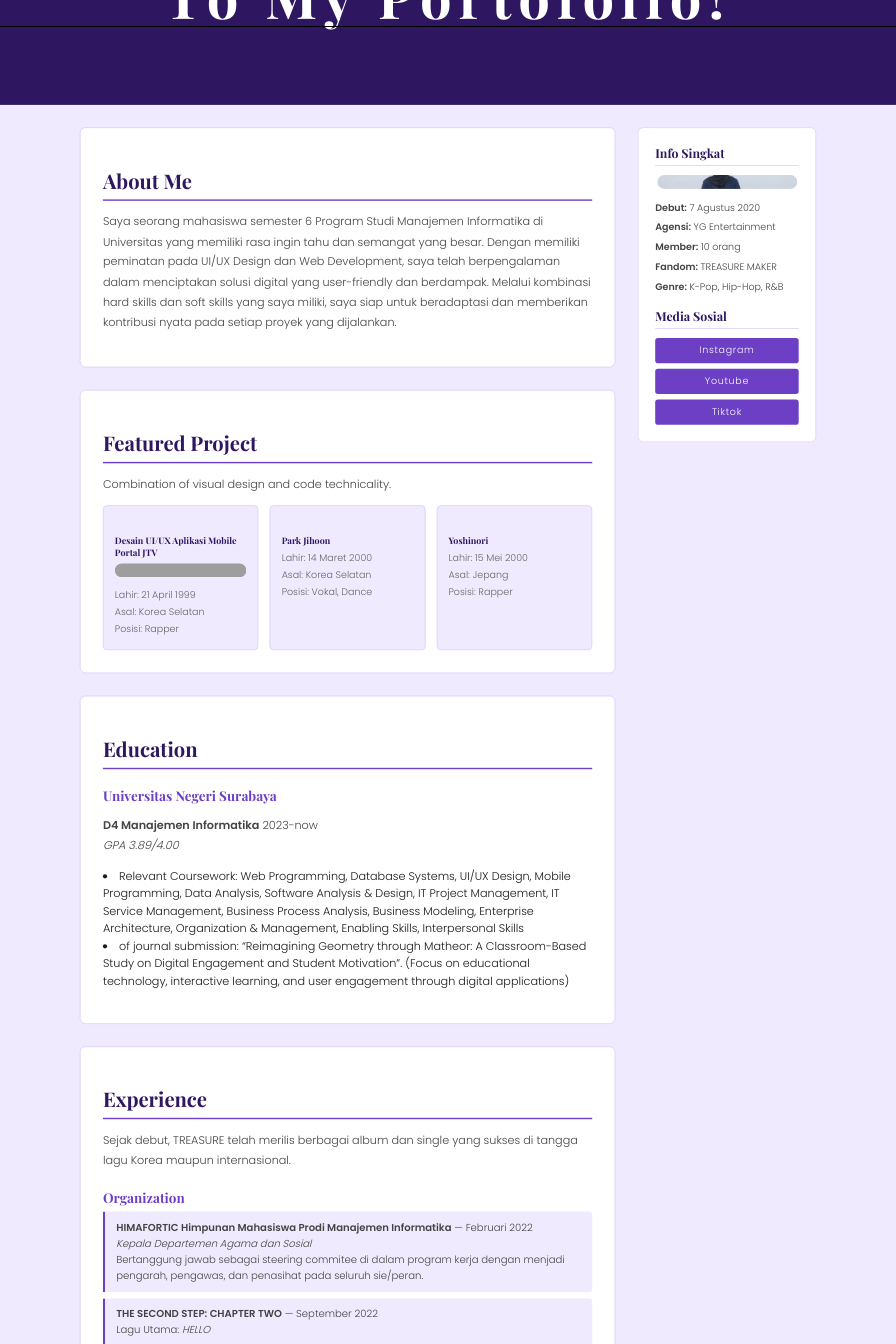
Repository: VergiMutiaRahmasyani/Website-Portofolio
Page: index.html
An editor plug-in stored every save of this project. The page is shown before and after a run of saves, followed by the edit.
The browser window is 1280 px wide. The pictures show the part of the page from y = 327 to 2247 px (the page is 2645 px tall before and 2825 px after), at 70% of full size.
Pictures or frames that could not be fetched are drawn as grey boxes.

Above is the page before, as saved 2026-03-07 13:25:06.

### index.html
<!DOCTYPE html>
<html>
    <head>
        <meta charset="utf-8" />
        <meta name="viewport" content="width=device-width, initial-scale=1.0" />
        <title>Portofolio Vergi</title>

        <!-- My Own CSS -->
        <link rel="stylesheet" href="css/style.css" />

        <!-- Google Fonts -->
        <link rel="preconnect" href="https://fonts.googleapis.com">
        <link rel="preconnect" href="https://fonts.gstatic.com" crossorigin>
        <link href="https://fonts.googleapis.com/css2?family=Playfair+Display:wght@400;700&family=Poppins:wght@300;400;600&display=swap" rel="stylesheet">
    </head>

    <body>

        <!-- HEADER -->
        <header class="site-header">

            <!-- NAVBAR -->
            <div class="navbar">
                <nav class="nav-list">
                    <ul>
                        <li><a href="#About">About Me</a></li>
                        <li><a href="#Work">Work</a></li>
                        <li><a href="Project">Project</a></li>
                        <li><a href="#Education">Education</a></li>
                        <li><a href="Organization">Organization</a></li>
                        <li><a href="https://drive.google.com/file/d/13-ep7ykiG-k7d2KfzBZSPx55XoqW1qHe/view?usp=sharing" target="_blank"> Resume</a></li>
                    </ul>
                </nav>
            </div>

            <div class="hero">
                <div class="hero-overlay">
                    <h1>Welcome, <br> To My Portofolio!</h1>
                </div>
            </div>

        </header>

        <!-- MAIN -->
        <main>
            <div class="content-wrapper">
                <div id="content">
                    <article id="About">
                        <h2>About Me</h2>
                        <p>
                            Saya seorang mahasiswa semester 6 Program Studi Manajemen Informatika di Universitas yang memiliki rasa
                            ingin tahu dan semangat yang besar. Dengan memiliki peminatan pada UI/UX Design dan Web Development,
                            saya telah berpengalaman dalam menciptakan solusi digital yang user-friendly dan berdampak. Melalui
                            kombinasi hard skills dan soft skills yang saya miliki, saya siap untuk beradaptasi dan memberikan kontribusi
                            nyata pada setiap proyek yang dijalankan.
                        </p>
                    </article>

                    <article id="Project">
                        <h2>Featured Project</h2>
                        <p>
                            Combination of visual design and code technicality.
                        </p>

                        <div class="project-list">
                            <div class="project-card">
                                <h3>Desain UI/UX Aplikasi Mobile Portal JTV</h3>
                                <img src="https://assets.promediateknologi.id/crop/102x655:921x1098/750x0/webp/photo/2023/07/03/F0HwG4daEAE8TSh-2407782942.jpg" alt="Logo TREASURE" class="aside-img" />
                                <p>Lahir: 21 April 1999</p>
                                <p>Asal: Korea Selatan</p>
                                <p>Posisi: Rapper</p>
                            </div>
                            <div class="project-card">
                                <h3>Park Jihoon</h3>
                                <p>Lahir: 14 Maret 2000</p>
                                <p>Asal: Korea Selatan</p>
                                <p>Posisi: Vokal, Dance</p>
                            </div>
                            <div class="project-card">
                                <h3>Yoshinori</h3>
                                <p>Lahir: 15 Mei 2000</p>
                                <p>Asal: Jepang</p>
                                <p>Posisi: Rapper</p>
                            </div>
                        </div>
                    </article>

                    <article >
                        <h2>Education</h2>
                        <h3>Universitas Negeri Surabaya</h3>
                        <p>
                            <strong>D4 Manajemen Informatika</strong>  2023-now
                            <br><em>GPA 3.89/4.00</em>
                            <br>
                        </p>
                        <p>
                            <li> Relevant Coursework: Web Programming, Database Systems, UI/UX Design, Mobile Programming, Data
                                Analysis, Software Analysis & Design, IT Project Management, IT Service Management, Business Process
                                Analysis, Business Modeling, Enterprise Architecture, Organization & Management, Enabling Skills,
                                Interpersonal Skills</li>
                            <li> of journal submission: “Reimagining Geometry through Matheor: A Classroom-Based Study on Digital
                                Engagement and Student Motivation”. (Focus on educational technology, interactive learning, and user
                                engagement through digital applications)</li>
                        </p>
                    </article>

                    <article id="pengalaman">
                        <h2>Experience</h2>
                        <p>
                            Sejak debut, TREASURE telah merilis berbagai album dan single yang sukses di tangga lagu Korea maupun internasional.
                        </p>

                        <h3> Organization </h3>
                        <ul class="pengalaman-list">
                            <li>
                                <strong>HIMAFORTIC Himpunan Mahasiswa Prodi Manajemen Informatika</strong> — Februari 2022
                                <br><em>Kepala Departemen Agama dan Sosial</em>
                                <br>Bertanggung jawab sebagai steering commitee di dalam program kerja dengan menjadi pengarah,
                                pengawas, dan penasihat  pada seluruh sie/peran.
                            </li>
                            <li>
                                <strong>THE SECOND STEP: CHAPTER TWO</strong> — September 2022
                                <br>Lagu Utama: <em>HELLO</em>
                            </li>


                        <h3>Volunteer</h3>
                        <ul class="pengalaman-list">
                            <li>
                                <strong>The First Step: Treasure Effect</strong> — Desember 2020
                                <br>Lagu Utama: <em>MY TREASURE</em>
                            </li>
                    </article>

                </div>

                <!-- ASIDE -->
                <aside>
                    <div class="aside-inner">
                        <h3>Info Singkat</h3>
                        <img src="img/vergi photo.jpeg" alt="Foto Vergi" class="aside-img" />
                        <ul class="aside-info">
                            <li><strong>Debut:</strong> 7 Agustus 2020</li>
                            <li><strong>Agensi:</strong> YG Entertainment</li>
                            <li><strong>Member:</strong> 10 orang</li>
                            <li><strong>Fandom:</strong> TREASURE MAKER</li>
                            <li><strong>Genre:</strong> K-Pop, Hip-Hop, R&B</li>
                        </ul>

                        <h3>Media Sosial</h3>
                        <ul class="aside-social">
                            <li><a href="https://www.instagram.com/yg_treasure_official/" target="_blank">Instagram</a></li>
                            <li><a href="https://www.youtube.com/@TREASURE" target="_blank">Youtube</a></li>
                            <li><a href="https://tiktok.com/@yg_treasure_tiktok" target="_blank">Tiktok</a></li>
                        </ul>
                    </div>
                </aside>
            </div>

        </main>

        <!-- FOOTER -->
        <footer>
            <p>Website Profil TREASURE &copy;2026 </p>
        </footer>

    </body>
</html>

### css/style.css
*,
*::before,
*::after {
    box-sizing: border-box;
}

/* =====================
   PALET WARNA UNGU
   --ungu-gelap   : #2e1760  (navbar, footer)
   --ungu-utama   : #6c3fc5  (aksen utama)
   --ungu-sedang  : #9b6ee0  (hover, border)
   --ungu-muda    : #d8c8f5  (border ringan)
   --ungu-pucat   : #f0eaff  (background halaman)
   ===================== */

body {
    font-family: 'Poppins', sans-serif;
    font-weight: 300;
    background-color: #f0eaff;
    color: #1a1a1a;
    margin: 0;
}


/* =====================
   HEADER
   ===================== */

header.site-header {
    background-color: #2e1760;
    color: white;
}

/* NAVBAR */
header.site-header .navbar {
    padding: 1rem 2rem;
    position: fixed;
    top: 0;
    left: 0;
    right: 0;
    width: 100%;
    z-index: 999;
    background-color: #2e1760;
}

header.site-header .nav-list ul {
    list-style: none;
    padding: 0;
    margin: 0;

    display: flex;
    justify-content: center;
    gap: 2rem;
}

header.site-header .nav-list li a {
    text-decoration: none;
    color: #d8c8f5;
    font-size: 0.9rem;
    font-weight: 400;
    letter-spacing: 1px;
    transition: color 0.2s ease;
}

header.site-header .nav-list li a:hover {
    color: white;
}

/* HERO */
header.site-header .hero {
    position: relative;
    width: 100%;
    height: 420px;
    overflow: hidden;
    margin-top: 57px;
}

header.site-header .hero .hero-img {
    width: 100%;
    height: 100%;
    object-fit: cover;
    object-position: top;
    opacity: 0.4;
    display: block;
}

header.site-header .hero .hero-overlay {
    position: absolute;
    inset: 0;

    display: flex;
    align-items: center;
    justify-content: center;
}

header.site-header .hero .hero-overlay h1 {
    font-family: 'Playfair Display', serif;
    font-size: 5rem;
    letter-spacing: 10px;
    color: white;
    margin: 0;
    text-align: center;
}


/* =====================
   MAIN & LAYOUT
   ===================== */

main {
    max-width: 1100px;
    margin-inline: auto;
    padding: 2rem 1.5rem;
}

.content-wrapper {
    display: flex;
    gap: 2rem;
    align-items: flex-start;
}

#content {
    flex: 3;

    display: flex;
    flex-direction: column;
    gap: 2rem;
}


/* =====================
   ARTICLE
   ===================== */

article {
    background-color: white;
    border: 1px solid #d8c8f5;
    border-radius: 8px;
    padding: 2rem;
}

article h2 {
    font-family: 'Playfair Display', serif;
    font-size: 1.8rem;
    margin-bottom: 1rem;
    padding-bottom: 0.5rem;
    border-bottom: 2px solid #6c3fc5;
    color: #2e1760;
}

article h3 {
    font-family: 'Playfair Display', serif;
    font-size: 1.2rem;
    margin-top: 1.5rem;
    margin-bottom: 0.5rem;
    color: #6c3fc5;
}

article p {
    line-height: 1.8;
    margin-bottom: 1rem;
    color: #444;
}


/* =====================
   TABEL INFO
   ===================== */

.info-table {
    width: 100%;
    border-collapse: collapse;
    margin-top: 1.5rem;
}

.info-table th,
.info-table td {
    padding: 0.6rem 1rem;
    text-align: left;
    border-bottom: 1px solid #d8c8f5;
    font-size: 0.95rem;
}

.info-table th {
    width: 35%;
    font-weight: 600;
    color: #2e1760;
    background-color: #f0eaff;
}

.info-table td {
    color: #444;
}


/* =====================
   PROJECT CARDS
   ===================== */

.project-list {
    display: flex;
    flex-wrap: wrap;
    gap: 1rem;
    margin-top: 0.5rem;
}

.project-card {
    flex: 1 1 160px;
    background-color: #f0eaff;
    border: 1px solid #d8c8f5;
    border-radius: 6px;
    padding: 1rem;
}

.project-img {
    width: 100%;
    max-width: 250px;
    height: 200px;
    object-fit:cover;
    object-position: top;
    display: block;
    margin: 0.5rem auto 1rem auto;
    border-radius: 6px;
}

.project-card h3 {
    font-size: 0.8rem;
    margin-top: 0.5;
    margin-bottom: 0.5rem;
    color: #2e1760;
}

.project-card p {
    font-size: 0.85rem;
    color: #666;
    margin: 0.2rem 0;
    line-height: 1.5;
}


/* =====================
   ALBUM LIST
   ===================== */

.pengalaman-list {
    list-style: none;
    padding: 0;
    margin: 0.5rem 0 1rem 0;

    display: flex;
    flex-direction: column;
    gap: 0.6rem;
}

.pengalaman-list li {
    padding: 0.7rem 1rem;
    background-color: #f0eaff;
    border-left: 3px solid #6c3fc5;
    border-radius: 0 4px 4px 0;
    font-size: 0.9rem;
    color: #444;
    line-height: 1.6;
}


/* =====================
   ASIDE
   ===================== */

aside {
    flex: 1;
    position: sticky;
    top: 80px;
}

aside .aside-inner {
    background-color: white;
    border: 1px solid #d8c8f5;
    border-radius: 8px;
    padding: 1.5rem;
}

aside h3 {
    font-family: 'Playfair Display', serif;
    font-size: 1.1rem;
    margin-top: 1.2rem;
    margin-bottom: 0.8rem;
    padding-bottom: 0.4rem;
    border-bottom: 1px solid #d8c8f5;
    color: #2e1760;
}

aside h3:first-child {
    margin-top: 0;
}

.aside-img {
    width: 100%;
    max-width: 200px;
    height: 20px;
    object-fit: cover;
    object-position: center;
    display: block;
    margin: 0.5rem auto 1rem auto;
    border-radius: 100px;
}

.aside-info {
    list-style: none;
    padding: 0;
    margin: 0;

    display: flex;
    flex-direction: column;
    gap: 0.4rem;
}

.aside-info li {
    font-size: 0.85rem;
    color: #444;
    line-height: 1.6;
}

.aside-social {
    list-style: none;
    padding: 0;
    margin: 0;

    display: flex;
    flex-direction: column;
    gap: 0.5rem;
}

.aside-social li a {
    display: block;
    text-align: center;
    padding: 0.5rem;
    background-color: #6c3fc5;
    color: white;
    text-decoration: none;
    border-radius: 4px;
    font-size: 0.85rem;
    letter-spacing: 1px;
    transition: background-color 0.2s ease;
}

.aside-social li a:hover {
    background-color: #9b6ee0;
}


/* =====================
   FOOTER
   ===================== */

footer {
    background-color: #2e1760;
    color: #d8c8f5;
    text-align: center;
    padding: 1.5rem;
    margin-top: 3rem;
    font-size: 0.85rem;
    letter-spacing: 1px;
}


/* =====================
   RESPONSIVE
   ===================== */

@media screen and (max-width: 768px) {
    header.site-header .nav-list ul {
        flex-wrap: wrap;
        justify-content: center;
        gap: 0.8rem;
    }

    .content-wrapper {
        flex-direction: column;
    }

    aside {
        position: static;
        width: 100%;
    }

    .project-card {
        flex: 1 1 130px;
    }
}

After the next 2 saves:
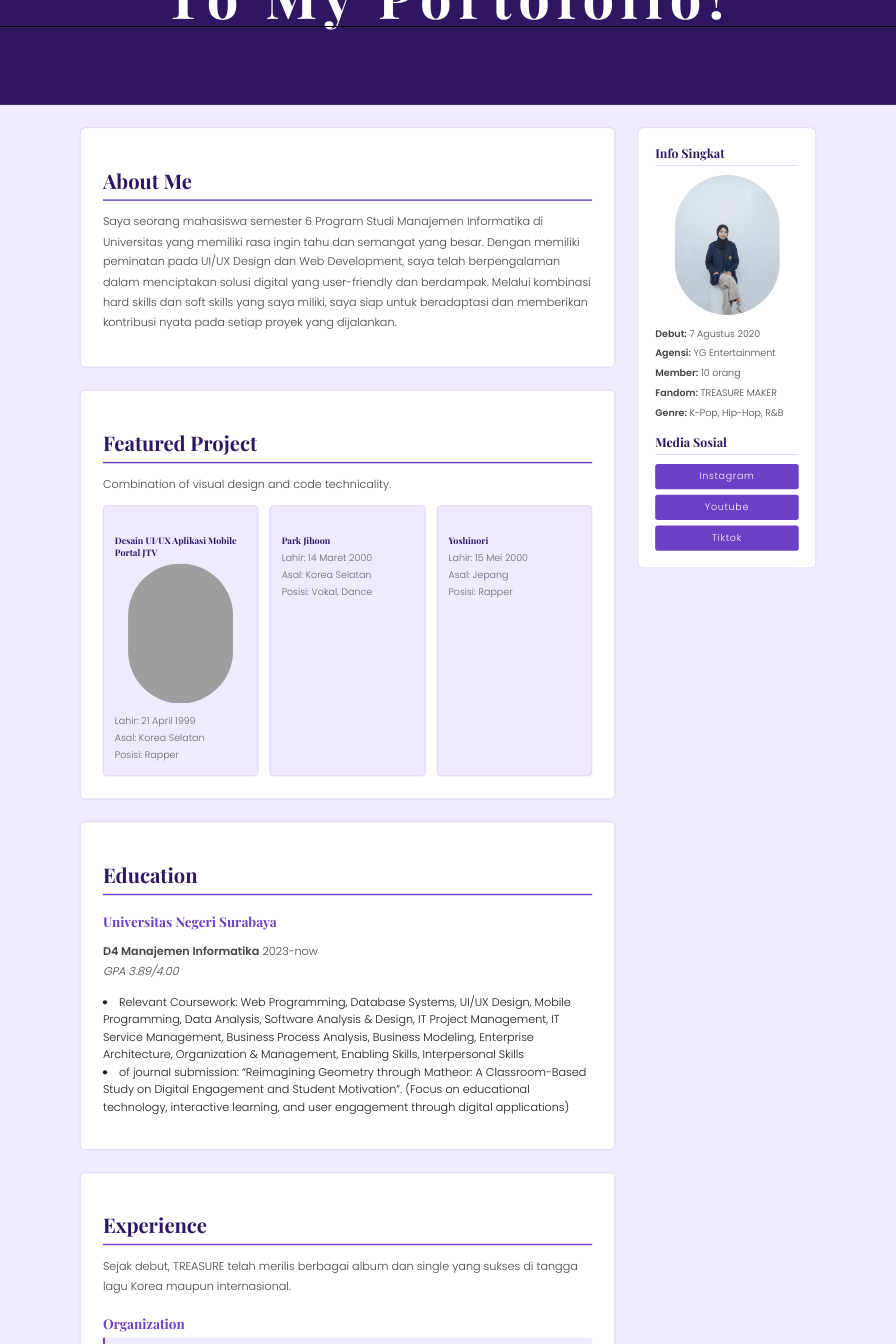
The 2 saves are shown as one change because they came seconds apart.
The last was saved 9 s later.
--- a/css/style.css
+++ b/css/style.css
@@ -296,8 +296,8 @@ aside h3:first-child {
 
 .aside-img {
     width: 100%;
-    max-width: 200px;
-    height: 20px;
+    max-width: 150px;
+    height: 200px;
     object-fit: cover;
     object-position: center;
     display: block;
